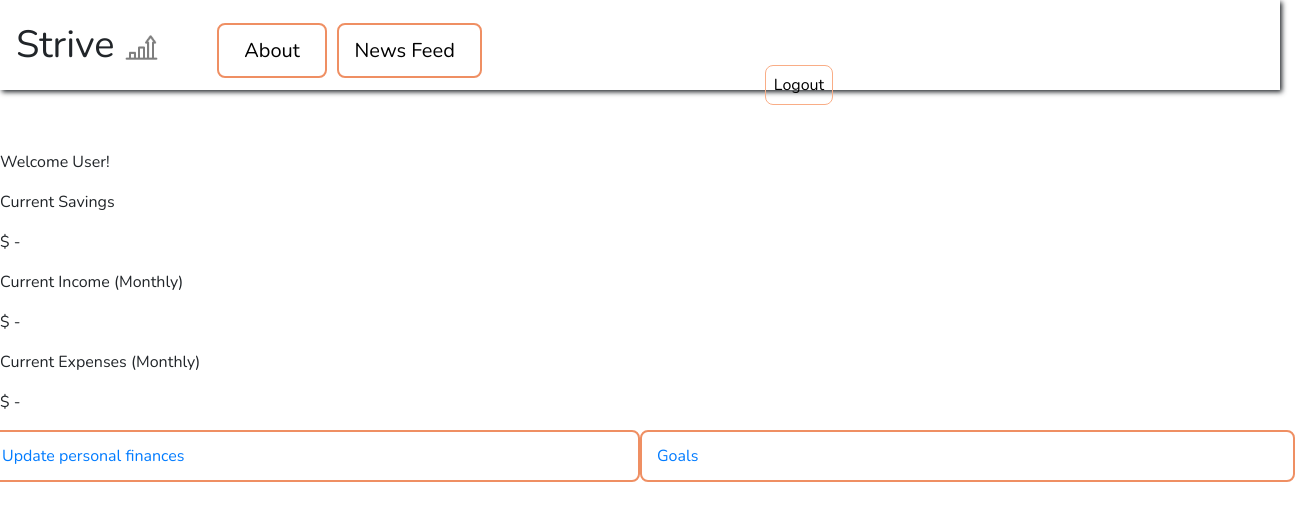
Repository: NoraOK/Strive
Page: http://localhost/strive/WEB-INF/strive/userHome.jsp
These files come from the project's save history. The page is drawn as it stood at one moment and after the next save; the edit follows.
The browser window is 1280 px wide. The page is 1295 px wide, then 1280 px, so the pictures cover 1295 px, including what lies to the right of the window. The pictures show the whole page.
The page is served by Tomcat 9. Nobody is signed in. Other server files are loaded and not shown. The template is opened directly, without the code that normally fills it, so the values that code supplies are empty.

Above is the page before, as saved 2019-12-18 23:14:35.

### strive/src/main/webapp/WEB-INF/strive/userHome.jsp
<%@ page language="java" contentType="text/html; charset=UTF-8"
    pageEncoding="UTF-8"%>
<!DOCTYPE html>
<html>
<head>
<meta charset="UTF-8">
<title>Strive | Home</title>
	<link rel="stylesheet"
	href="https://stackpath.bootstrapcdn.com/bootstrap/4.3.1/css/bootstrap.min.css"
	integrity="sha384-ggOyR0iXCbMQv3Xipma34MD+dH/1fQ784/j6cY/iJTQUOhcWr7x9JvoRxT2MZw1T"
	crossorigin="anonymous">
	<link href="/css/userHome.css" rel="stylesheet" type="text/css" />
	<link href="https://fonts.googleapis.com/css?family=Nunito&display=swap"
	rel="stylesheet">
</head>
<body>
	<div>
		<jsp:include page="header.jsp"/>
	</div>
	<div class="body">
		<div class="info">
			<p> Welcome User! </p>
			<p>Current Savings</p>
			<p>$ - </p>
			<p>Current Income (Monthly)</p>
			<p>$ - </p>
			<p>Current Expenses (Monthly)</p>
			<p>$ - </p>
		</div>
		<div class="row">
			<a href="" class="col">Update personal finances</a>
			<a href="" class="col">Goals</a>
		</div>
	</div>
</body>
</html>

### strive/src/main/resources/static/css/userHome.css
.body{
	padding-top: 150px;
	font-family: 'Nunito', sans-serif;

}

a{
	border:2px solid #EF8F63 ;
	border-radius: 8px;
	background-color: #EF8F63;
	padding: 12px 25px;
	color: white;
	width: 100%;
}

a:hover{
	border:2px solid #EF8F63 ;
	border-radius: 8px;
	background-color: #F9AD86;
	padding: 12px 25px;
	color: white;
}

### strive/src/main/resources/static/css/header.css
header{
	box-shadow: 2px 2px 5px;
	height: 90px;
	z-index: 10;
    position: fixed;
    width: 100%;
    font-family:'Nunito', sans-serif;
    background-color: white;
}

.logo{
	font-size: 38px;

}
.header_img{
	background-color: white;
	width: 35px;
	opacity: .5;
}

.button{
	font-size: 17px;
	color: black;
}

.link {
	font-size: 20px;
	color: black;
}

a:link {
  text-decoration: none;
}

a:visited {
  text-decoration: none;
}

a:hover {
  text-decoration: none;
}

.logout_button{
	border: solid 1.5px #F9AD86;
	border-radius: 8px;
	padding:  8px;
	color: black;
}

.logout_button:hover {
	background-color: #F9AD86;
	color: white;
}

.buttons{
	margin-left: 60%;
}

.home_button{
	color: black;
}

Loaded but not shown: strive/src/main/webapp/WEB-INF/strive/header.jsp (common file)

After the next save:
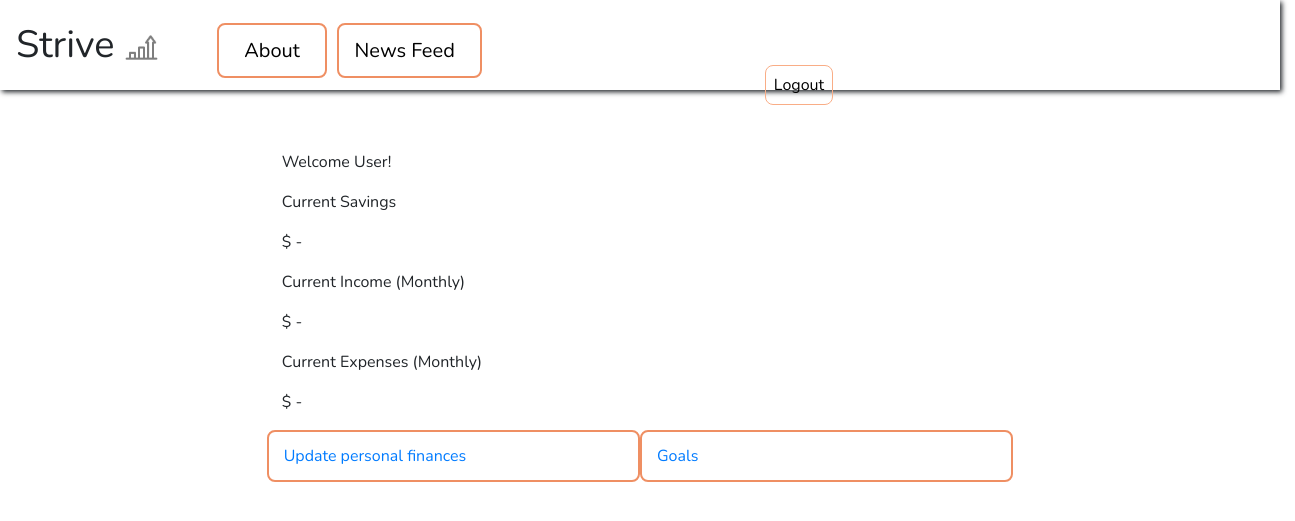
Saved 103 s later.
--- a/strive/src/main/webapp/WEB-INF/strive/userHome.jsp
+++ b/strive/src/main/webapp/WEB-INF/strive/userHome.jsp
@@ -17,7 +17,7 @@
 	<div>
 		<jsp:include page="header.jsp"/>
 	</div>
-	<div class="body">
+	<div class="body container col-7">
 		<div class="info">
 			<p> Welcome User! </p>
 			<p>Current Savings</p>
